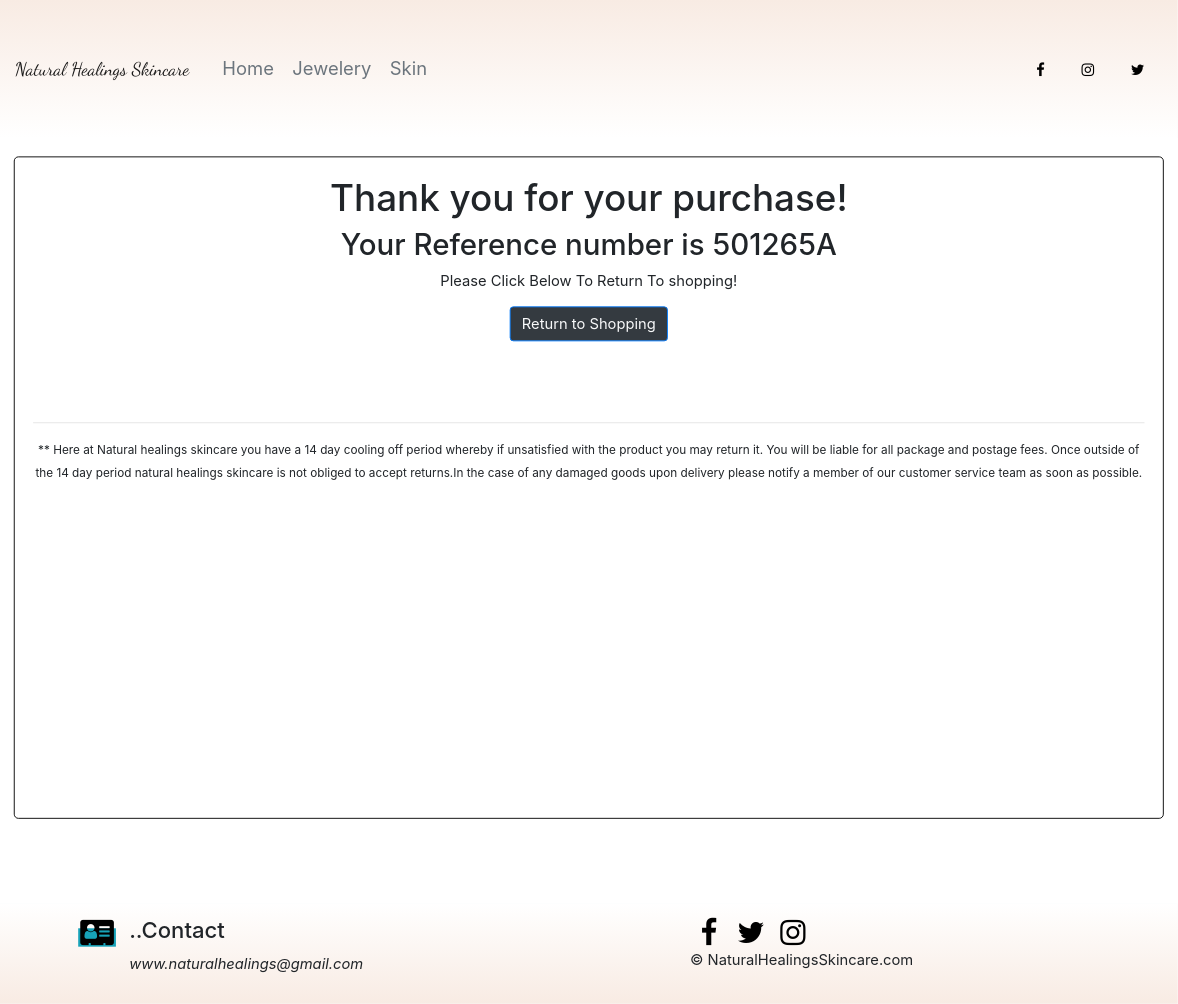
Repository: aliciarawlings/first-milestone
Page: thankyou.html
The author's editor kept a record of every edit. The page is drawn from the files as they stood at one moment, then again after the next edit.
The browser window is 1280 px wide. The pictures show the whole page, at 92% of full size.
Some web fonts or font styles are not loaded; a fallback is used.

Above is the page before.

After the next edit:
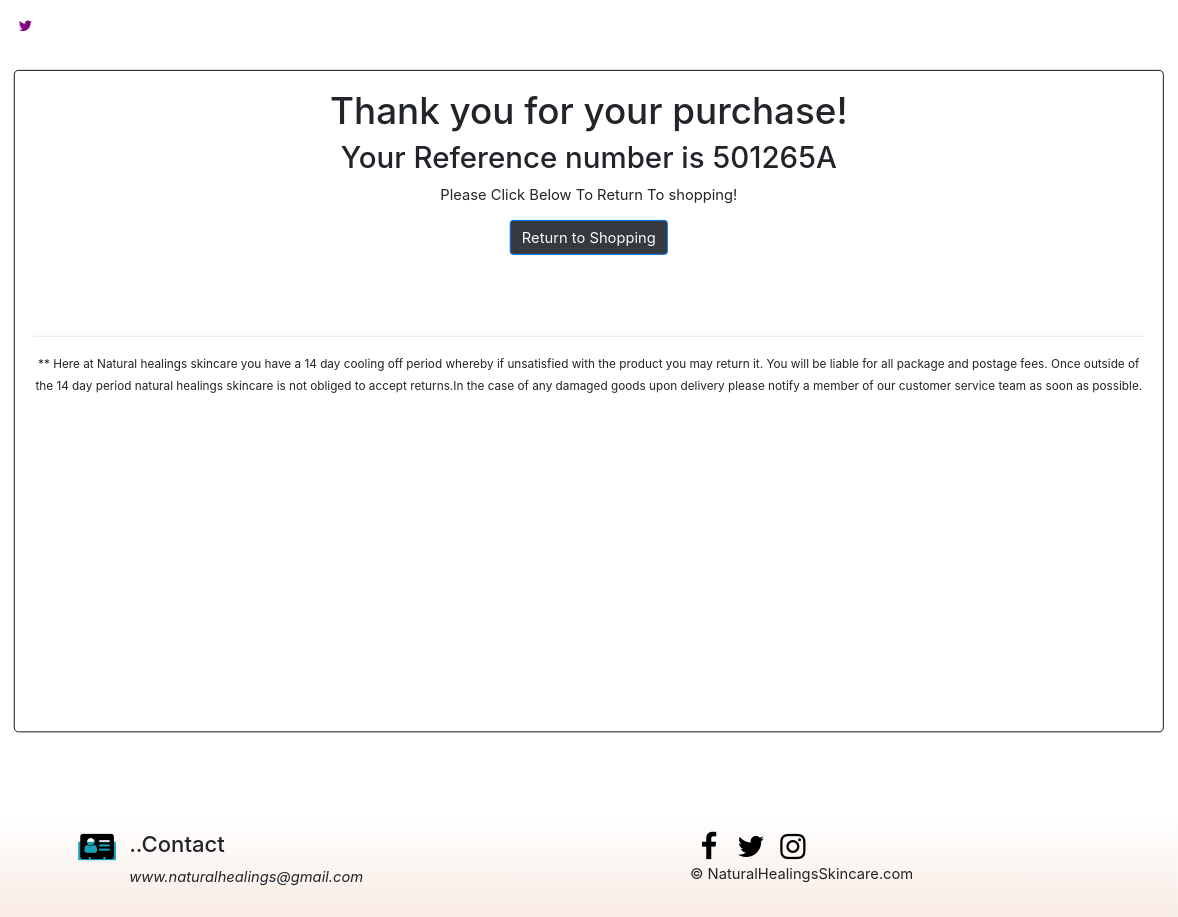
The edit:
--- a/thankyou.html
+++ b/thankyou.html
@@ -19,7 +19,7 @@
 
 <body>
   <!-------------------------------NAVBAR--------------------------------------------------------->
-
+                <!-----BOOTSTRAP-NAVB
   <nav class="navbar navbar-expand-sm navbar-light bg-light grad navfont">
     <a class="navbar-brand heading" href="index.html d-none d-sm-block">Natural Healings Skincare</a>
     <button class="navbar-toggler collapsed" type="button" data-toggle="collapse" data-target="#navbarNav" aria-controls="navbarNav" aria-expanded="false" aria-label="Toggle navigation">

After the edit that followed:
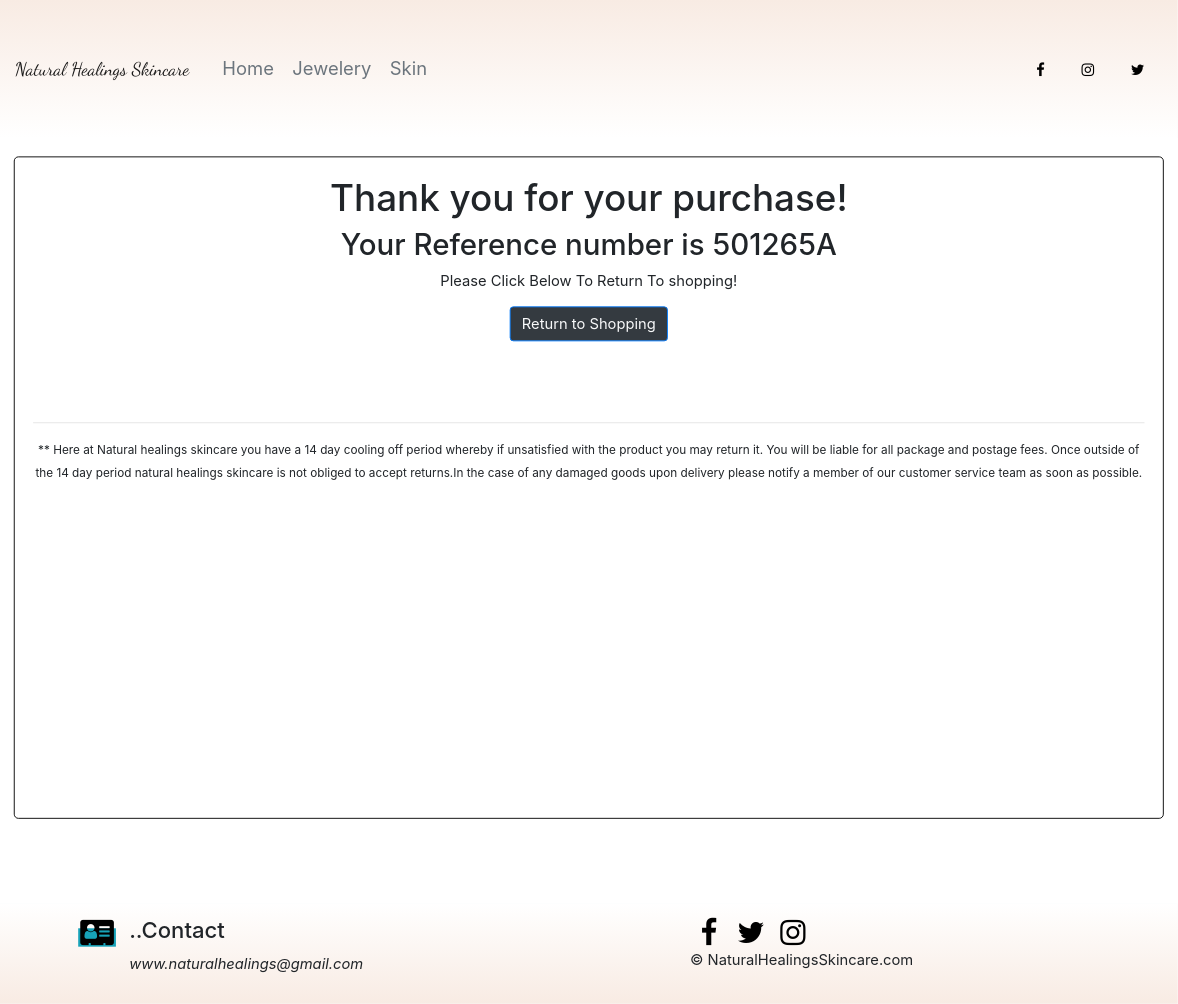
The edit:
--- a/thankyou.html
+++ b/thankyou.html
@@ -19,7 +19,7 @@
 
 <body>
   <!-------------------------------NAVBAR--------------------------------------------------------->
-                <!-----BOOTSTRAP-NAVB
+                <!-----BOOTSTRAP-NAVB------>
   <nav class="navbar navbar-expand-sm navbar-light bg-light grad navfont">
     <a class="navbar-brand heading" href="index.html d-none d-sm-block">Natural Healings Skincare</a>
     <button class="navbar-toggler collapsed" type="button" data-toggle="collapse" data-target="#navbarNav" aria-controls="navbarNav" aria-expanded="false" aria-label="Toggle navigation">
